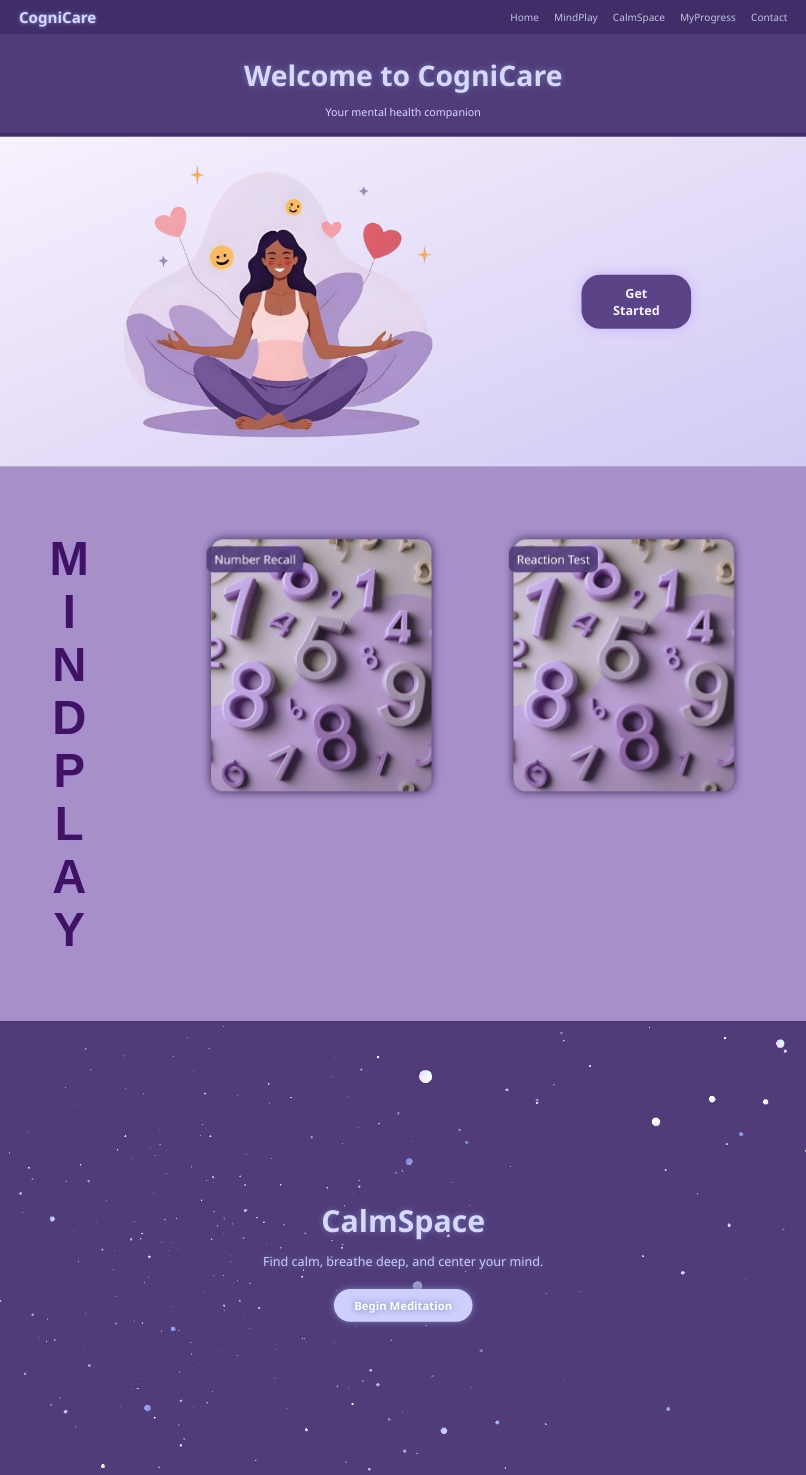
Repository: rujularaut/CogniCare
Page: /
These files come from the project's save history. The page is drawn as it stood at one moment and after the next save; the edit follows.
The browser window is 1280 px wide. The pictures show the whole page, at 63% of full size.
The project was rebuilt for these pictures with package versions that can differ from the ones it lists, and the page was loaded fresh each time. Also part of the build but not shown: src/components/MeditationRoom.css, src/components/Signup.css, src/components/Signup.js, src/components/Login.css, src/components/Login.js, src/components/Stepper.css, src/components/Stepper.jsx, src/components/SignupStepper.css and 3 more.

Above is the page before, as saved 2025-06-25 14:36:44.

After the next save:
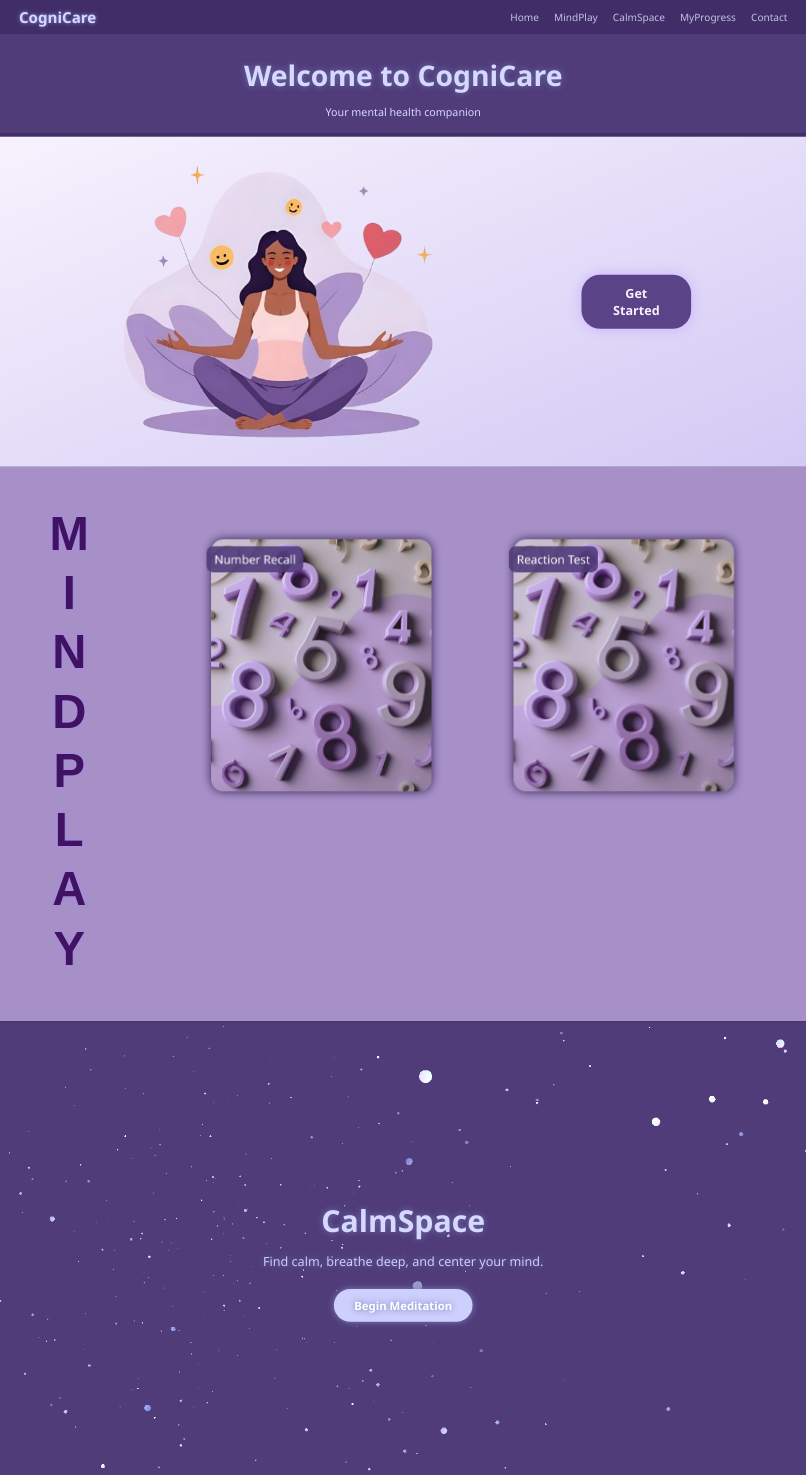
Saved 5 s later.
--- a/src/components/MindPlay.css
+++ b/src/components/MindPlay.css
@@ -46,7 +46,7 @@
 
 .revealed {
   font-size: 75px;
-  letter-spacing: 0px;
+  letter-spacing: 10px;
   font-weight: 900;
   color: #3f1262;
   text-shadow: 0 0 6px #a685f2;

After the save that followed:
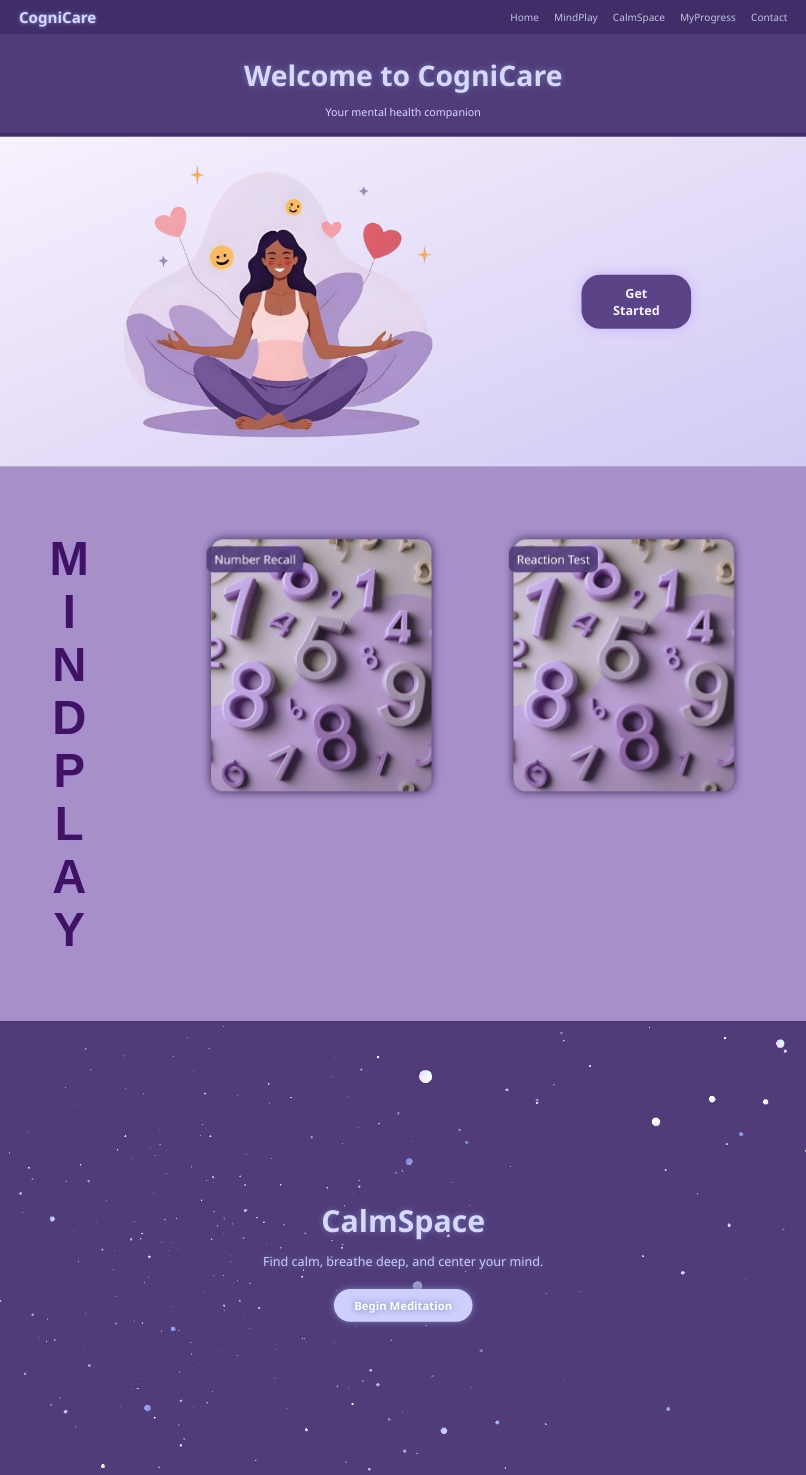
Saved 5 s later.
--- a/src/components/MindPlay.css
+++ b/src/components/MindPlay.css
@@ -46,7 +46,7 @@
 
 .revealed {
   font-size: 75px;
-  letter-spacing: 10px;
+  letter-spacing: 0px;
   font-weight: 900;
   color: #3f1262;
   text-shadow: 0 0 6px #a685f2;
